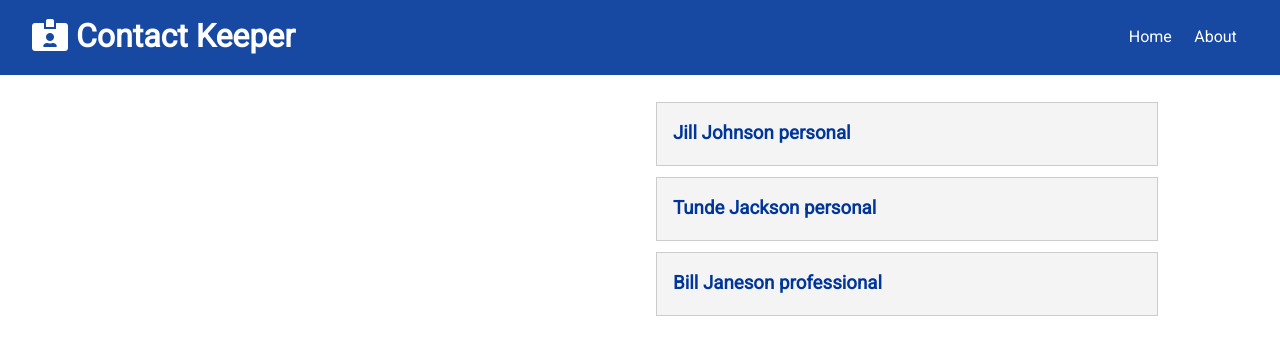
Repository: Art101-ui/Contact-keeper
Page: / (app in client/)
These files come from the project's save history. The page is drawn as it stood at one moment and after the next save; the edit follows.
The browser window is 1280 px wide. The pictures show the whole page.
Some web libraries are served in a nearby version. The project was rebuilt for these pictures with package versions that can differ from the ones it lists, and the page was loaded fresh each time. A package was used in the major version that the imports need, not the one package.json lists. Also part of the build but not shown: client/src/components/pages/About.js.

Above is the page before, as saved 2021-09-19 23:54:42.

### client/public/index.html
<!DOCTYPE html>
<html lang="en">
  <head>
    <meta charset="utf-8" />
    <link rel="icon" href="%PUBLIC_URL%/favicon.ico" />
    <link rel="stylesheet" href="https://pro.fontawesome.com/releases/v5.10.0/css/all.css" integrity="sha384-AYmEC3Yw5cVb3ZcuHtOA93w35dYTsvhLPVnYs9eStHfGJvOvKxVfELGroGkvsg+p" crossorigin="anonymous"/>
    <meta name="viewport" content="width=device-width, initial-scale=1" />
    <meta name="theme-color" content="#000000" />
    <meta
      name="description"
      content="Web site created using create-react-app"
    />
    <link rel="apple-touch-icon" href="%PUBLIC_URL%/logo192.png" />
    <link rel="manifest" href="%PUBLIC_URL%/manifest.json" />

    <title>Contact keeper</title>
  </head>
  <body>
    <noscript>You need to enable JavaScript to run this app.</noscript>
    <div id="root"></div>

  </body>
</html>

### client/src/App.js
import React, {Fragment} from 'react'
import {BrowserRouter as Router,Switch,Route} from 'react-router-dom'

import Navbar from './components/layout/Navbar';
import ContactState from './context/contact/ContactState';
import Home from './components/pages/Home';
import About from './components/pages/About';
import './App.css';

function App() {
  return (
    <ContactState>
      <Router>
        <Fragment>
          <Navbar/>
          <div className="container">
            <Switch>
              <Route exact path = '/' component = {Home}/>
              <Route exact path = '/about' component = {About}/>
            </Switch>
          </div>
        </Fragment>
      </Router>
    </ContactState>
  );
}

export default App;

### client/src/components/layout/Navbar.js
import React from 'react'
import PropTypes from 'prop-types'
import { Link } from 'react-router-dom'



const Navbar = ({title,icon}) => {
    return (
        <div className="navbar bg-primary">
            <h1>
              <i className={icon}/> {title}
            </h1>
            <ul>
                <li>
                   <Link to='/'>Home</Link>
                </li>
                <li>
                   <Link to='/about'>About</Link>
                </li>
            </ul>
        </div>
    )
}

Navbar.propTypes={
    title:PropTypes.string.isRequired,
    icon:PropTypes.string
}

Navbar.defaultProps = {
    title: "Contact Keeper",
    icon: "fas fa-id-card-alt"
}

export default Navbar

### client/src/context/contact/ContactState.js
import React, {useReducer}from "react";
import uuid from "uuid"
import ContactContext from "./contactContext"
import contactReducer from "./contactReducer"

import {
    GET_CONTACTS,
    ADD_CONTACT,
    DELETE_CONTACT,
    SET_CURRENT,
    CLEAR_CURRENT,
    UPDATE_CONTACT,
    CLEAR_CONTACTS,
    FILTER_CONTACTS,
    CLEAR_FILTER
} from '../type'

const ContactState = props => {
    const initialState = {
        contacts : [
            {
            id:1,
            name:'Jill Johnson',
            email:'111-111-1111',
            type:'personal'
        },
            {
            id:2,
            name:'Tunde Jackson',
            email:'111-221-1111',
            type:'personal'
        },
            {
            id:3,
            name:'Bill Janeson',
            email:'241-111-1111',
            type:'professional'
        }
    ]
    }

    const [state, dispatch] = useReducer(contactReducer, initialState)

    // Add Contact

    // Delete Contact

    // SetCurrent Contact

    // ClearCurrent Contact

    // Update Contact

    // Filter Contacts

    // Clear Filter

    return(
       <ContactContext.Provider
       value={{
           contacts:state.contacts
       }}>
           {props.children}
       </ContactContext.Provider>
    )
}

export default ContactState

### client/src/components/pages/Home.js
import React from 'react'
import Contacts from '../contacts/Contacts'

const Home = () => {
    return (
        <div>
           <div className="grid-2">
               <div>
                  {}
               </div>
               <div>
                 <Contacts/>
               </div>
           </div>
        </div>
    )
}

export default Home

### client/src/App.css
@import url('https://fonts.googleapis.com/css?family=Roboto');

/* Global Styles */
:root {
  --primary-color: #003699;
  --dark-color: #333333;
  --light-color: #f4f4f4;
  --danger-color: #dc3545;
  --success-color: #28a745;
}

* {
  box-sizing: border-box;
  margin: 0;
  padding: 0;
}

body {
  font-family: 'Roboto', sans-serif;
  font-size: 1rem;
  line-height: 1.6;
  background-color: #fff;
  color: #333;
}

a {
  color: var(--primary-color);
  text-decoration: none;
}

a:hover {
  color: #666;
}

ul {
  list-style: none;
}

img {
  width: 100%;
}

/* Utilities */
.container {
  max-width: 1100px;
  margin: auto;
  overflow: hidden;
  padding: 0 2rem;
}

/* Text Styles*/
.x-large {
  font-size: 4rem;
  line-height: 1.2;
  margin-bottom: 1rem;
}

.large {
  font-size: 3rem;
  line-height: 1.2;
  margin-bottom: 1rem;
}

.lead {
  font-size: 1.5rem;
  margin-bottom: 1rem;
}

.text-center {
  text-align: center;
}

.text-primary {
  color: var(--primary-color);
}

.text-dark {
  color: var(--dark-color);
}

.text-center {
  text-align: center;
}

.text-right {
  text-align: right;
}

.text-left {
  text-align: left;
}

/* Cards */
.card {
  padding: 1rem;
  border: #ccc 1px dotted;
  margin: 0.7rem 0;
}

/* List */
.list {
  margin: 0.5rem 0;
}

.list li {
  padding-bottom: 0.3rem;
}

/* Padding */
.p {
  padding: 0.5rem;
}
.p-1 {
  padding: 1rem;
}
.p-2 {
  padding: 2rem;
}
.p-3 {
  padding: 3rem;
}
.py {
  padding: 0.5rem 0;
}
.py-1 {
  padding: 1rem 0;
}
.py-2 {
  padding: 2rem 0;
}
.py-3 {
  padding: 3rem 0;
}

/* Margin */
.m {
  margin: 0.5rem;
}
.m-1 {
  margin: 1rem;
}
.m-2 {
  margin: 2rem;
}
.m-3 {
  margin: 3rem;
}
.my {
  margin: 0.5rem 0;
}
.my-1 {
  margin: 1rem 0;
}
.my-2 {
  margin: 2rem 0;
}
.my-3 {
  margin: 3rem 0;
}

/* Grid */
.grid-2 {
  display: grid;
  grid-template-columns: repeat(2, 1fr);
  grid-gap: 2rem;
}

.grid-3 {
  display: grid;
  grid-template-columns: repeat(3, 1fr);
  grid-gap: 1rem;
}

.grid-4 {
  display: grid;
  grid-template-columns: repeat(4, 1fr);
  grid-gap: 2rem;
}

.grid-2-3 {
  display: grid;
  grid-template-columns: 2fr 3fr;
  grid-gap: 2rem;
}

.btn {
  display: inline-block;
  background: var(--light-color);
  color: #333;
  padding: 0.4rem 1.3rem;
  font-size: 1rem;
  border: none;
  cursor: pointer;
  margin-right: 0.5rem;
  transition: opacity 0.2s ease-in;
  outline: none;
}

.btn-link {
  background: none;
  padding: 0;
  margin: 0;
}

.btn-block {
  display: block;
  width: 100%;
}

.btn-sm {
  font-size: 0.8rem;
  padding: 0.3rem 1rem;
  margin-right: 0.2rem;
}

.badge {
  font-size: 0.8rem;
  padding: 0.2rem 0.7rem;
  text-align: center;
  margin: 0.3rem;
  background: var(--light-color);
  color: #333;
  border-radius: 5px;
}

.alert {
  padding: 0.7rem;
  margin: 1rem 0;
  opacity: 0.9;
  background: var(--light-color);
  color: #333;
}

.btn-primary,
.bg-primary,
/* .badge-primary, */
.alert-primary {
  background: var(--primary-color);
  color: #fff;
}

.btn-light,
.bg-light,
.badge-light,
.alert-light {
  background: var(--light-color);
  color: #333;
}

.btn-dark,
.bg-dark,
.badge-dark,
.alert-dark {
  background: var(--dark-color);
  color: #fff;
}

.btn-danger,
.bg-danger,
.badge-danger,
.alert-danger {
  background: var(--danger-color);
  color: #fff;
}

.btn-success,
.bg-success,
.badge-success,
.alert-success {
  background: var(--success-color);
  color: #fff;
}

.btn-white,
.bg-white,
.badge-white,
.alert-white {
  background: #fff;
  color: #333;
  border: #ccc solid 1px;
}

.btn:hover {
  opacity: 0.8;
}

.bg-light,
.badge-light {
  border: #ccc solid 1px;
}

.round-img {
  border-radius: 50%;
}

/* Forms */
input {
  margin: 1.2rem 0;
}

.form-text {
  display: block;
  margin-top: 0.3rem;
  color: #888;
}

input[type='text'],
input[type='email'],
input[type='password'],
input[type='date'],
select,
textarea {
  display: block;
  width: 100%;
  padding: 0.4rem;
  font-size: 1.2rem;
  border: 1px solid #ccc;
}

input[type='submit'],
button {
  font: inherit;
}

.form-group {
  margin: 1.2rem 0;
}

.form-group input {
  margin: 0.2rem 0;
}

.form-container {
  max-width: 500px;
  margin: 2rem auto;
  overflow: hidden;
  padding: 0 2rem;
}

.form-container h1,
h2,
h3 {
  text-align: center;
}

table th,
table td {
  padding: 1rem;
  text-align: left;
}

table th {
  background: var(--light-color);
}

/* Navbar */
.navbar {
  display: flex;
  justify-content: space-between;
  align-items: center;
  padding: 0.7rem 2rem;
  z-index: 1;
  width: 100%;
  border-bottom: solid 1px var(--primary-color);
  opacity: 0.9;
  margin-bottom: 1rem;
}

.navbar ul {
  display: flex;
}

.navbar a {
  color: #fff;
  padding: 0.45rem;
  margin: 0 0.25rem;
}

.navbar a:hover {
  color: var(--light-color);
}

.navbar .welcome span {
  margin-right: 0.6rem;
}

/* Animation (Add After) */
.item-enter {
  opacity: 0;
}
.item-enter-active {
  opacity: 1;
  transition: opacity 1000ms ease-in;
}
.item-exit {
  opacity: 1;
}
.item-exit-active {
  opacity: 0;
  transition: opacity 1000ms ease-in;
}

/* Mobile Styles */
@media (max-width: 700px) {
  .hide-sm {
    display: none;
  }

  .grid-2,
  .grid-3,
  .grid-4 {
    grid-template-columns: 1fr;
  }

  /* Text Styles */
  .x-large {
    font-size: 3rem;
  }

  .large {
    font-size: 2rem;
  }

  .lead {
    font-size: 1rem;
  }

  /* Navbar */
  .navbar {
    display: block;
    text-align: center;
  }

  .navbar h1 {
    margin-bottom: 0.6rem;
  }

  .navbar ul {
    text-align: center;
    justify-content: center;
  }
}

### client/src/context/contact/contactContext.js
import { createContext } from "react";

const contactContext = createContext()

export default contactContext;

### client/src/context/type.js
export const GET_CONTACTS = 'GET_CONTACTS';
export const ADD_CONTACT = 'ADD_CONTACT';
export const DELETE_CONTACT = 'DELETE_CONTACT';
export const SET_CURRENT = 'SET_CURRENT';
export const CLEAR_CURRENT = 'CLEAR_CURRENT';
export const UPDATE_CONTACT = 'UPDATE_CONTACT';
export const FILTER_CONTACTS = 'FILTER_CONTACTS';
export const CLEAR_CONTACTS = 'CLEAR_CONTACTS';
export const CONTACT_ERROR = 'CONTACT_ERROR';
export const CLEAR_FILTER = 'CLEAR_FILTER';
export const SET_ALERT = 'SET_ALERT';
export const REMOVE_ALERT = 'REMOVE_ALERT';
export const REGISTER_SUCCESS = 'REGISTER_SUCCESS';
export const REGISTER_FAIL = 'REGISTER_FAIL';
export const USER_LOADED = 'USER_LOADED';
export const AUTH_ERROR = 'AUTH_ERROR';
export const LOGIN_SUCCESS = 'LOGIN_SUCCESS';
export const LOGIN_FAIL = 'LOGIN_FAIL';
export const LOGOUT = 'LOGOUT';
export const CLEAR_ERRORS = 'CLEAR_ERRORS';

### client/src/components/contacts/Contacts.js
import React, {Fragment,useContext} from 'react'
import ContactsItem from './ContactsItem'
import ContactContext from '../../context/contact/contactContext'

const Contacts = () => {
    const contactContext = useContext(ContactContext)

    const {contacts} = contactContext;
    return (
        <Fragment>
            {contacts.map(contact=>(
                <ContactsItem key ={contact.id} contact = {contact}/>
            ))}
        </Fragment>
    )
}


export default Contacts

### client/src/components/contacts/ContactsItem.js
import React from 'react'

const ContactsItem = ({contact}) => {

    const {id,name,email,phone,type} = contact
    return (
       <div className="card bg-light">
           <h3 className="text-primary text-left">
           {name}{' '}
           <span
             className={
                 'badge' +
                 (type==='professional' ? 'badge-primary' : 'badge-success')}>{type}</span></h3>
       </div>
    );
};

export default ContactsItem

Loaded but not shown: client/src/index.js (common file); client/src/context/contact/contactReducer.js (no stored copy; drawn as an empty file)

After the next save:
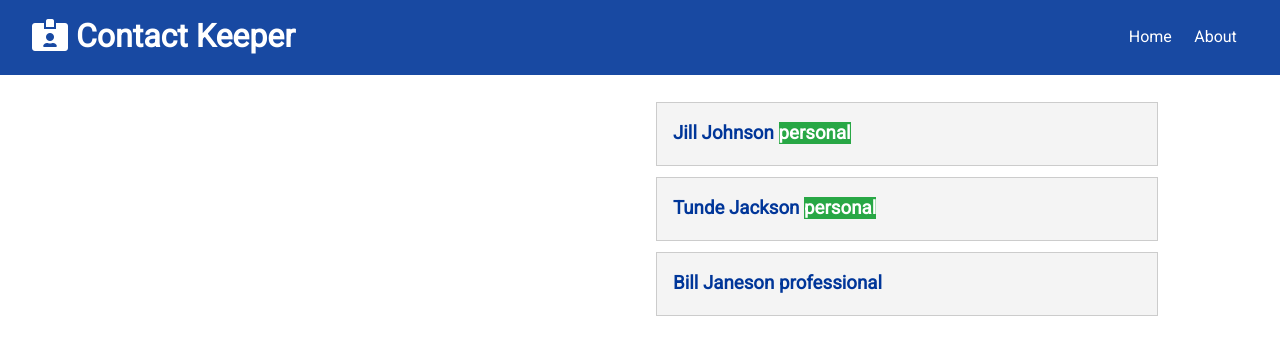
Saved 61 s later.
--- a/client/src/components/contacts/ContactsItem.js
+++ b/client/src/components/contacts/ContactsItem.js
@@ -9,7 +9,7 @@ const ContactsItem = ({contact}) => {
            {name}{' '}
            <span
              className={
-                 'badge' +
+
                  (type==='professional' ? 'badge-primary' : 'badge-success')}>{type}</span></h3>
        </div>
     );
